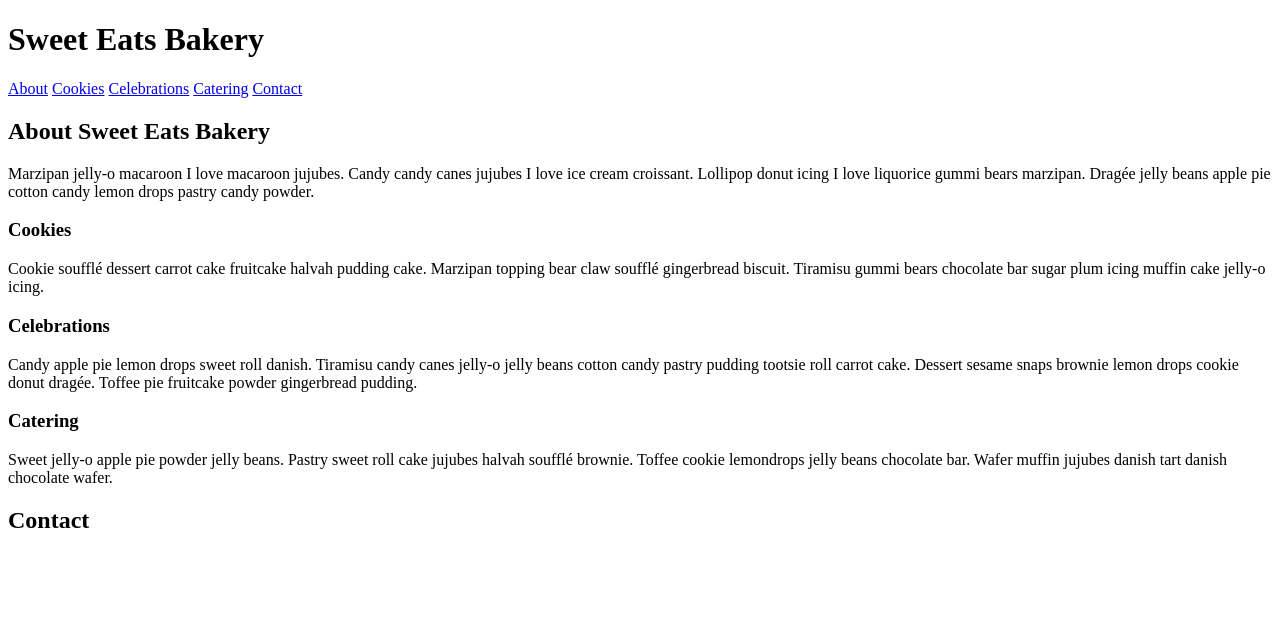
Repository: yoshimario/web-module-challenge-user-interface
Page: index.html
These files come from the project's save history. The page is drawn as it stood at one moment and after a run of saves; the edit follows.
The browser window is 1280 px wide. The pictures show the whole page.
Some web fonts or font styles are not loaded; a fallback is used.

Above is the page before, as saved 2023-05-15 00:21:03.

### index.html
<!DOCTYPE html>
<html lang="en">

<head>
<meta charset="UTF-8">
<!-- import your css file -->
<link href="https://fonts.googleapis.com/css?family=Gaegu|Roboto" rel="stylesheet">
<title>Sweet Eats Bakery</title>
</head>

<body>

<!-- company name -->
<h1>Sweet Eats Bakery</h1>

<!-- Navigation -->
<nav>
<a href="#">About</a>
<a href="#">Cookies</a>
<a href="#">Celebrations</a>
<a href="#">Catering</a>
<a href="#">Contact</a>
</nav>

</header>
<!-- Image https://tk-assets.lambdaschool.com/bcf76f62-2431-4c22-b466-2e711f3da2b9_ui-i-bakery-main-header.png -->

<!-- Marketing header -->
<section>
<h2>About Sweet Eats Bakery </h2>

<p>Marzipan jelly-o macaroon I love macaroon jujubes. Candy candy canes jujubes I love ice cream croissant. Lollipop
donut icing I love liquorice gummi bears marzipan. Dragée jelly beans apple pie cotton candy lemon drops pastry candy
powder.</p>
</section>
<!-- content -->

<!-- Image https://tk-assets.lambdaschool.com/7393a8fd-c8e5-4003-921f-79e0d546d02c_ui-i-bakery-cookies.png -->
<section>
    <h3>Cookies</h3>

Cookie soufflé dessert carrot cake fruitcake halvah pudding cake. Marzipan topping bear claw soufflé gingerbread
biscuit. Tiramisu gummi bears chocolate bar sugar plum icing muffin cake jelly-o icing.

<!-- Image https://tk-assets.lambdaschool.com/297378d6-9c89-430f-9d2e-46ae3d5edce8_ui-i-bakery-cupcake-i.png -->
<h3>Celebrations</h3>

<p>Candy apple pie lemon drops sweet roll danish. Tiramisu candy canes jelly-o jelly beans cotton candy pastry pudding
tootsie roll carrot cake. Dessert sesame snaps brownie lemon drops cookie donut dragée. Toffee pie fruitcake powder
gingerbread pudding.</p>

    <!-- Image https://tk-assets.lambdaschool.com/ab0cb095-5900-476c-b042-aea065d3dbbf_ui-i-bakery-celebrate.png -->
<h3>Catering</h3>

<p>Sweet jelly-o apple pie powder jelly beans. Pastry sweet roll cake jujubes halvah soufflé brownie. Toffee cookie
lemondrops jelly beans chocolate bar. Wafer muffin jujubes danish tart danish chocolate wafer.</p>
</section>
<section>
<h2>Contact</h2>

<a href="yum@sweeteatsbakery.com
202-555-0144
4209 Bobcat Drive
Madison, WI, 48219
</section>
<!-- footer -->
Sweet Eats Bakery

About
Cookies
Celebrations
Catering
Contact

Copyright Sweet Eats 2018
</body>

</html>

After the next 6 saves:
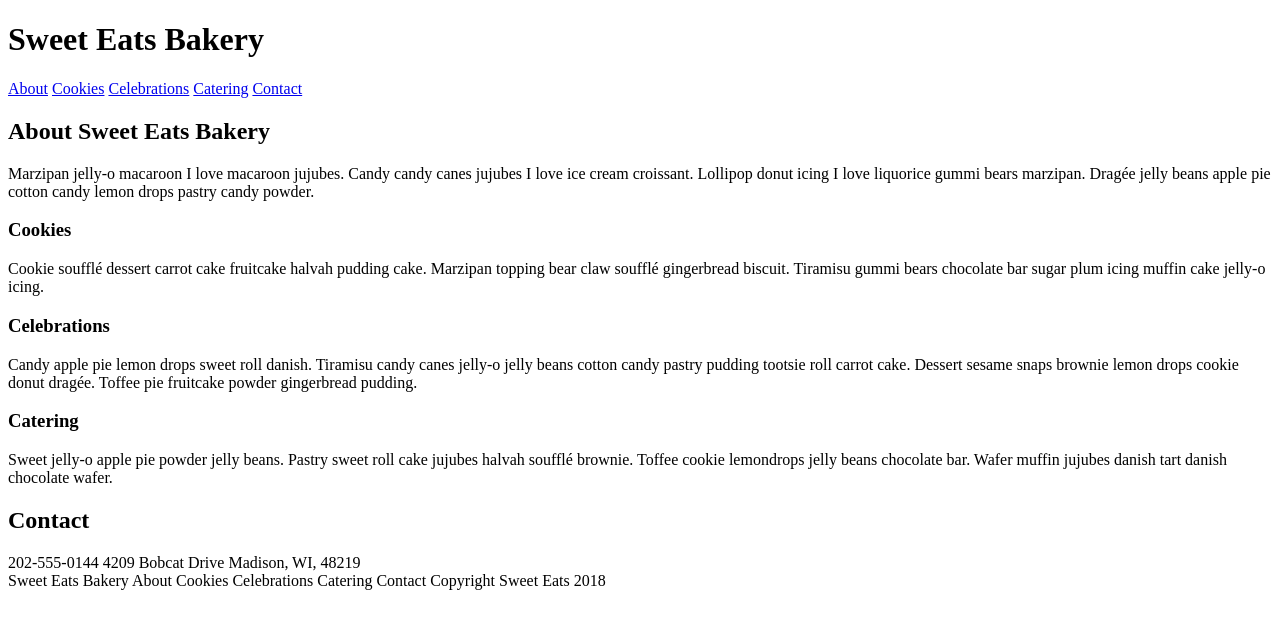
The 6 saves are shown as one change because they came seconds apart.
The last was saved 15 s later.
--- a/index.html
+++ b/index.html
@@ -58,7 +58,7 @@ lemondrops jelly beans chocolate bar. Wafer muffin jujubes danish tart danish ch
 <section>
 <h2>Contact</h2>
 
-<a href="yum@sweeteatsbakery.com
+<a href="yum@sweeteatsbakery.com"></a>
 202-555-0144
 4209 Bobcat Drive
 Madison, WI, 48219
